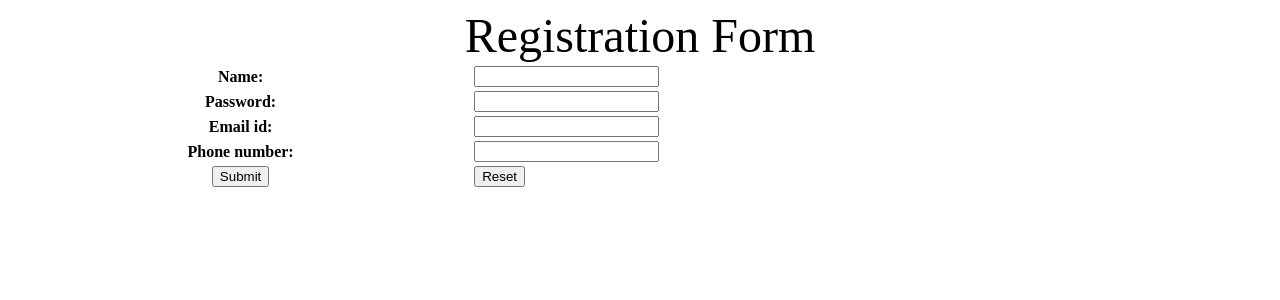
Repository: keerthipriya19/AdvancedJavaLab
Page: http://localhost/Exp_8/Reg.jsp
The author's editor kept a copy of each file at every save. The page is drawn from the files as they stood at one save, then again after the next save.
The browser window is 1280 px wide. The pictures show the whole page.
The page is served by Tomcat 9. Queries for data that is not in the repository find no rows.

Above is the page before, as saved 2021-02-05 06:14:19.

After the next save:
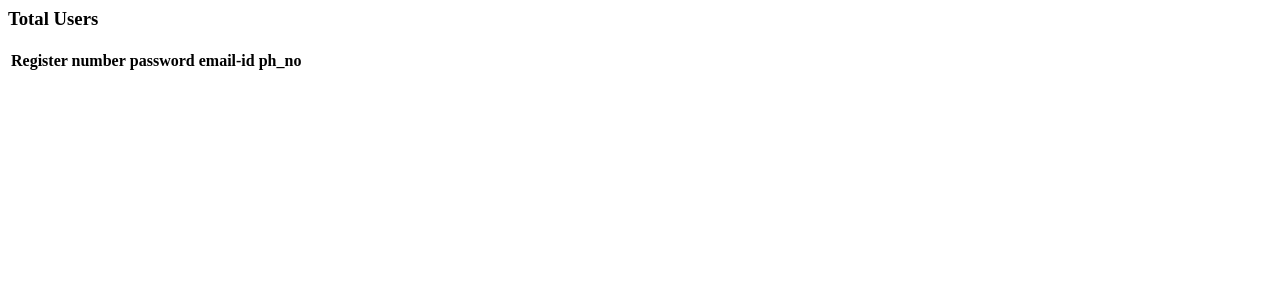
Saved 28 s later.
--- a/Exp 8/WebContent/Reg.jsp
+++ b/Exp 8/WebContent/Reg.jsp
@@ -1,44 +1,55 @@
 <html>
-<head>
-<TITLE>USER REGISTRATION PAGE</TITLE>
-</head>
 <body>
-<center><font size=8> Registration Form </font></center>
-<form action="./Reg.jsp" method="post">
-<table width=100% border=0>
-<tr>
- <th>Name:</th>
- <td>
- <input type="text" name="nametxt">
- </td>
-</tr>
-<tr>
-<th>Password:</th>
- <td>
- <input type="password" name="passtxt">
- </td>
-</tr>
-<tr>
- <th>Email id:</th>
- <td>
- <input type="text" name="emailtxt">
- </td>
-</tr>
- <tr>
- <th>Phone number:</th>
- <td>
- <input type="text" name="phtxt" maxlength=10>
- </td>
-</tr>
-<tr>
- <th>
- <input type="submit" value="Submit">
- </th>
- <td>
- <input type="reset" value="Reset">
- </td>
-</tr>
-</table>
-</form>
+	<%@ page import="java.sql.*"%>
+	<%!Connection con;
+	Statement st;
+	ResultSet rs;
+	int no;
+	String q, name1, pwd1, email1, phoneno;%>
+	<%
+		Class.forName("com.mysql.jdbc.Driver");
+	String url = "jdbc:mysql://localhost:3306/onlinestore";
+	con = DriverManager.getConnection(url, "root", "root");
+	st = con.createStatement();
+
+	name1 = request.getParameter("nametxt");
+	pwd1 = request.getParameter("passtxt");
+	email1 = request.getParameter("emailtxt");
+	phoneno = request.getParameter("phtxt");
+	q = "insert into user values ('" + name1 + "','" + pwd1 + "','" + email1;
+	q = q + "','" + phoneno + "')";
+	no = st.executeUpdate(q);
+	if (no > 0) {
+	%>
+
+	<h3><%=no%>
+		row is inserted
+	</h3>
+	<%
+		}
+	%>
+	<h3>Total Users</h3>
+	<table width=0>
+		<tr>
+			<th>Register number</th>
+			<th>password</th>
+			<th>email-id</th>
+			<th>ph_no</th>
+		</tr>
+		<%
+			st = con.createStatement();
+		rs = st.executeQuery("select * from user");
+		while (rs.next()) {
+		%>
+		<tr>
+			<td><%=rs.getString(1)%>
+			<td><%=rs.getString(2)%>
+			<td><%=rs.getString(3)%>
+			<td><%=rs.getString(4)%>
+		</tr>
+		<%
+			}
+		%>
+	</table>
 </body>
 </html>
